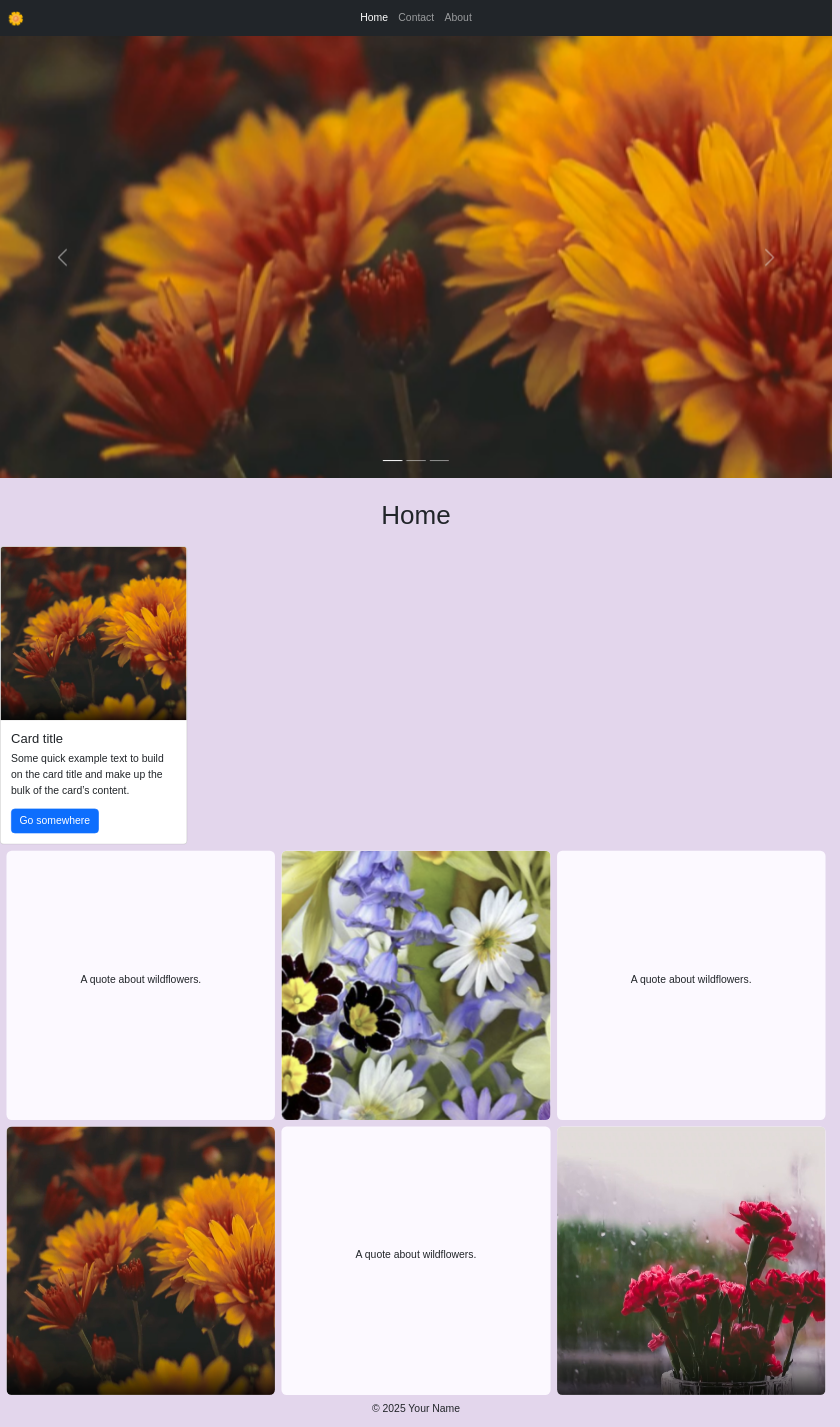
Repository: Brittany-Westlund/WebDesign
Page: FinalProject/index.html
The author's editor kept a copy of each file at every save. The page is drawn from the files as they stood at one save, then again after the next save.
The browser window is 1280 px wide. The page is 1280 px wide, then 1292 px, so the pictures cover 1292 px, including what lies to the right of the window. The pictures show the whole page, at 65% of full size.
Some web fonts or font styles are not loaded; a fallback is used.

Above is the page before, as saved 2025-06-16 20:33:45.

### FinalProject/index.html
<!DOCTYPE html>
<html lang="en">
  <head>
    <meta charset="UTF-8">
    <meta name="viewport" content="width=device-width, initial-scale=1.0">
    <meta name="description" content="A personal website designed to showcase work, ideas, and personality.">

    <title>The title of the browser tab</title>

    <link href="https://cdn.jsdelivr.net/npm/bootstrap@5.3.0/dist/css/bootstrap.min.css" rel="stylesheet">

    <link rel="preconnect" href="https://fonts.googleapis.com">
    <link rel="preconnect" href="https://fonts.gstatic.com" crossorigin>
    <link href="https://fonts.googleapis.com/css2?family=Delius&display=swap" rel="stylesheet">

    <link rel="stylesheet" href="style/style.css">

    <link rel="icon" type="image/x-icon" href="images/favicon.ico">
  </head>
  <body>

    <nav class="navbar navbar-expand-lg sticky-top bg-dark" data-bs-theme="dark">
    <div class="container-fluid">
      <a class="navbar-brand" href="#">🌼</a>
        <button class="navbar-toggler ms-auto" type="button" data-bs-toggle="collapse" data-bs-target="#navbarSupportedContent" aria-controls="navbarSupportedContent" aria-expanded="false" aria-label="Toggle navigation">
          <span class="navbar-toggler-icon"></span>
    </button>
    <div class="collapse navbar-collapse" id="navbarSupportedContent">
    <ul class="navbar-nav mx-auto mb-2 mb-lg-0 align-items-end">
      <li class="nav-item">
        <a class="nav-link active" aria-current="page" href="index.html">Home</a>
      </li>
      <li class="nav-item">
        <a class="nav-link" href="contact.html">Contact</a>
      </li>
      <li class="nav-item">
        <a class="nav-link" href="about.html">About</a>
      </li> <!-- I added this entire list item to Bootstrap's default code. Add more if needed! -->
    </ul>
    </div>
  </div>
  </nav>

   <!-- Here is my carousel section -->
  <div id="carouselExampleIndicators" class="carousel slide">
        <div class="carousel-indicators">
          <button type="button" data-bs-target="#carouselExampleIndicators" data-bs-slide-to="0" class="active" aria-current="true" aria-label="Slide 1"></button>
          <button type="button" data-bs-target="#carouselExampleIndicators" data-bs-slide-to="1" aria-label="Slide 2"></button>
          <button type="button" data-bs-target="#carouselExampleIndicators" data-bs-slide-to="2" aria-label="Slide 3"></button>
        </div>
        <div class="carousel-inner">
          <div class="carousel-item active">
            <img src="images/orange-flowers.png" class="d-block w-100" alt="Orange wildflowers">
          </div>
          <div class="carousel-item">
            <img src="images/red-flowers.png" class="d-block w-100" alt="A red flower in the rain.">
          </div>
          <div class="carousel-item">
            <img src="images/wildflowers-square.png" class="d-block w-100" alt="A closeup of wildflowers.">
          </div>
        </div>
        <button class="carousel-control-prev" type="button" data-bs-target="#carouselExampleIndicators" data-bs-slide="prev">
          <span class="carousel-control-prev-icon" aria-hidden="true"></span>
          <span class="visually-hidden">Previous</span>
        </button>
        <button class="carousel-control-next" type="button" data-bs-target="#carouselExampleIndicators" data-bs-slide="next">
          <span class="carousel-control-next-icon" aria-hidden="true"></span>
          <span class="visually-hidden">Next</span>
        </button>
      </div>

    <header>
      <h1>Home</h1>
    </header>
    <main>

   <!-- Here is my card group section -->
    <div class="card" style="width: 18rem;">
      <img src="images/orange-flowers.png" class="card-img-top" alt="...">
      <div class="card-body">
        <h5 class="card-title">Card title</h5>
        <p class="card-text">Some quick example text to build on the card title and make up the bulk of the card’s content.</p>
        <a href="#" class="btn btn-primary">Go somewhere</a>
      </div>
    </div>



    <!-- Here is my gallery section -->
    <div class="gallery">
      <div class="item"><p>A quote about wildflowers.</p></div>
      <div class="item"><img src="images/wildflowers-square.png" alt="A closeup of wildflowers"></div>
      <div class="item"><p>A quote about wildflowers.</p></div>
      <div class="item"><img src="images/orange-flowers.png" alt="A closeup of orange flowers"></div>
      <div class="item"><p>A quote about wildflowers.</p></div>
      <div class="item"><img src="images/red-flowers.png" alt="A closeup of red flowers"></p></div>
    </div>



    </main>
    <footer>
      <p>&copy; <span id="year"></span> Your Name</p>

      <script>
      document.getElementById("year").textContent = new Date().getFullYear();
      </script>
    </footer>
    <script src="https://cdn.jsdelivr.net/npm/bootstrap@5.3.0/dist/js/bootstrap.bundle.min.js"></script>
  </body>
</html>

### FinalProject/style/style.css
.delius-regular {
  font-family: "Delius", cursive;
  font-weight: 400;
  font-style: normal;
}

body {
  background-color: #e3d6ec;
  margin: 0;
  font-family: "Delius", sans-serif;
}

.navbar-brand {
  position: absolute;
  top: 8px;
}

.carousel-item img {
  max-height: 680px;
  object-fit: cover;
  width: 100%;
}

header {
  text-align: center;
  margin-top: 2rem;
  margin-bottom: 1.5rem;
}

.gallery {
  display: grid;
  grid-template-columns: repeat(auto-fit, minmax(400px, 1fr));
  gap: 10px;
  margin: auto;
  padding: 10px;
}

.item {
  background-color: #fcf9ff;
  border-radius: 8px;
  aspect-ratio: 1 / 1;
  display: flex;
  justify-content: center;
}

.item img {
  padding: 0;
  width: 100%;
  height: auto; /* maintains the image's aspect ratio */
  display: block; /* clears any space after the image */
  border-radius: 8px;

}

.item p {
  text-align: center;
  display: flex;
  align-items: center;
}

footer {
  text-align: center;
}









@media (max-width: 600px) {
  /* Styles for mobile screens */
}

@media (min-width: 600px) and (max-width: 1024px) {
  /* Styles for tablets */
}

After the next save:
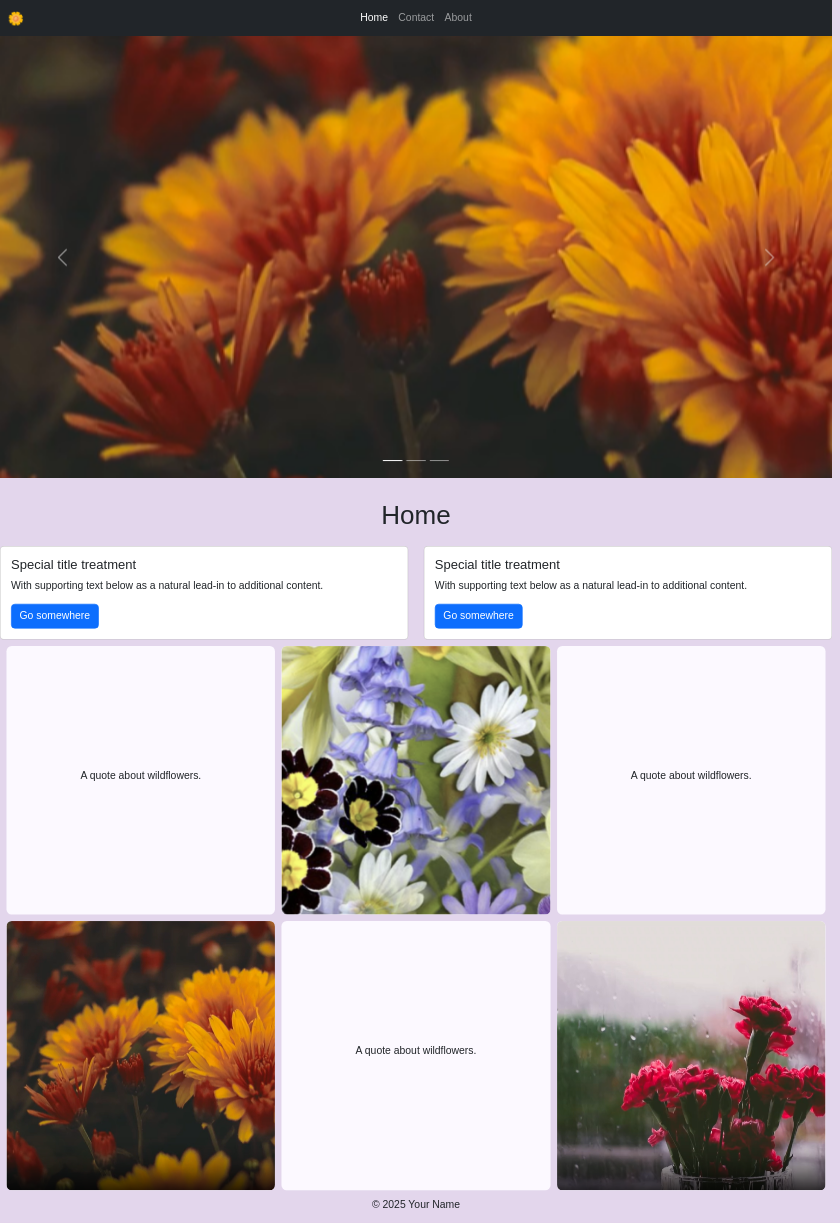
Saved 83 s later.
--- a/FinalProject/index.html
+++ b/FinalProject/index.html
@@ -75,12 +75,24 @@
     <main>
 
    <!-- Here is my card group section -->
-    <div class="card" style="width: 18rem;">
-      <img src="images/orange-flowers.png" class="card-img-top" alt="...">
-      <div class="card-body">
-        <h5 class="card-title">Card title</h5>
-        <p class="card-text">Some quick example text to build on the card title and make up the bulk of the card’s content.</p>
-        <a href="#" class="btn btn-primary">Go somewhere</a>
+    <div class="row">
+      <div class="col-sm-6 mb-3 mb-sm-0">
+        <div class="card">
+          <div class="card-body">
+            <h5 class="card-title">Special title treatment</h5>
+            <p class="card-text">With supporting text below as a natural lead-in to additional content.</p>
+            <a href="#" class="btn btn-primary">Go somewhere</a>
+          </div>
+        </div>
+      </div>
+      <div class="col-sm-6">
+        <div class="card">
+          <div class="card-body">
+            <h5 class="card-title">Special title treatment</h5>
+            <p class="card-text">With supporting text below as a natural lead-in to additional content.</p>
+            <a href="#" class="btn btn-primary">Go somewhere</a>
+          </div>
+        </div>
       </div>
     </div>
 
